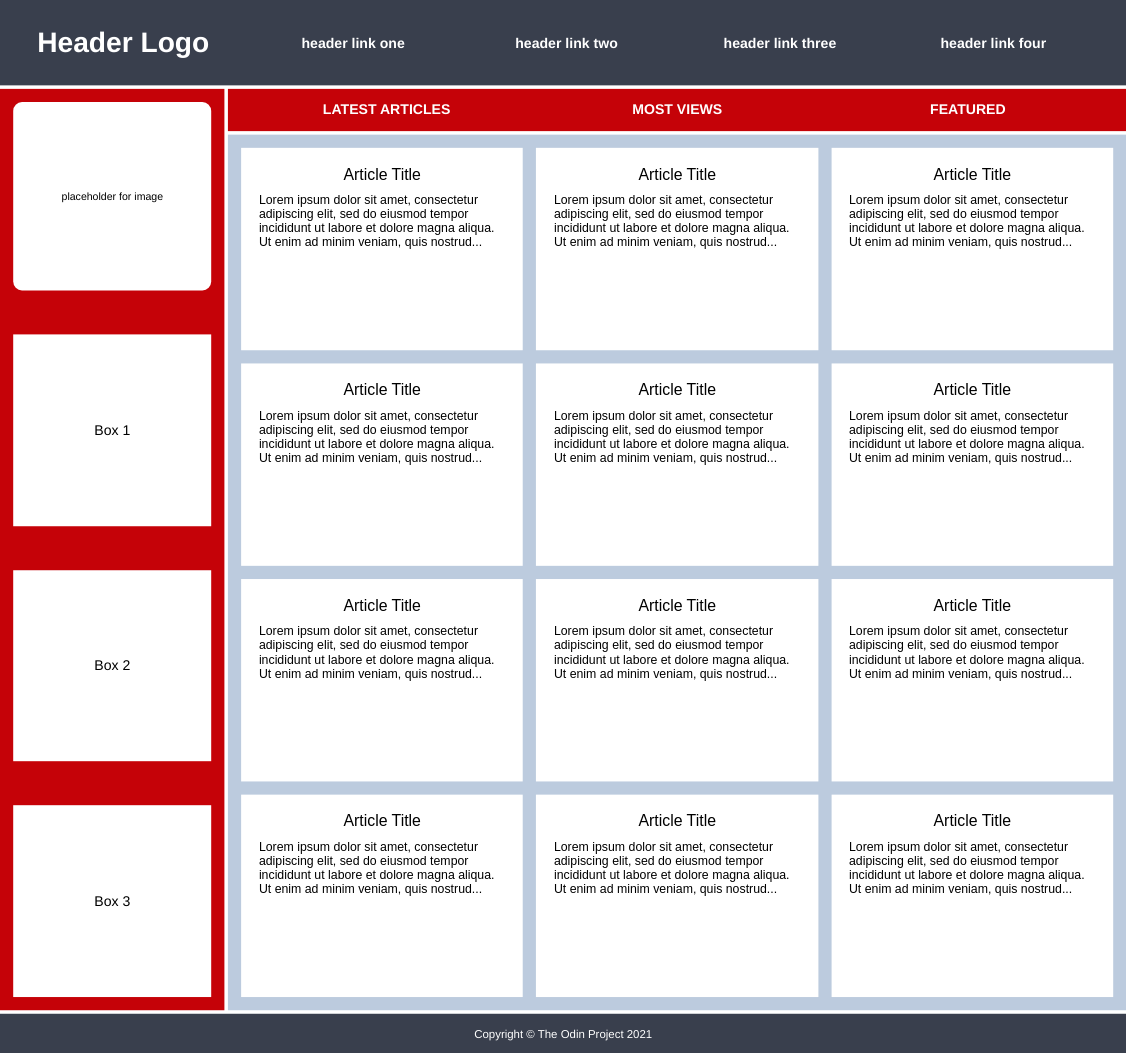
Repository: gkintu/css-exercises
Page: intermediate-html-css/advanced-grid/02-holy-grail-mockup/index.html
The author's editor kept a copy of each file at every save. The page is drawn from the files as they stood at one save, then again after the next save.
The browser window is 1280 px wide. The pictures show the whole page, at 88% of full size.

Above is the page before, as saved 2025-03-04 11:17:05.

After the next save:
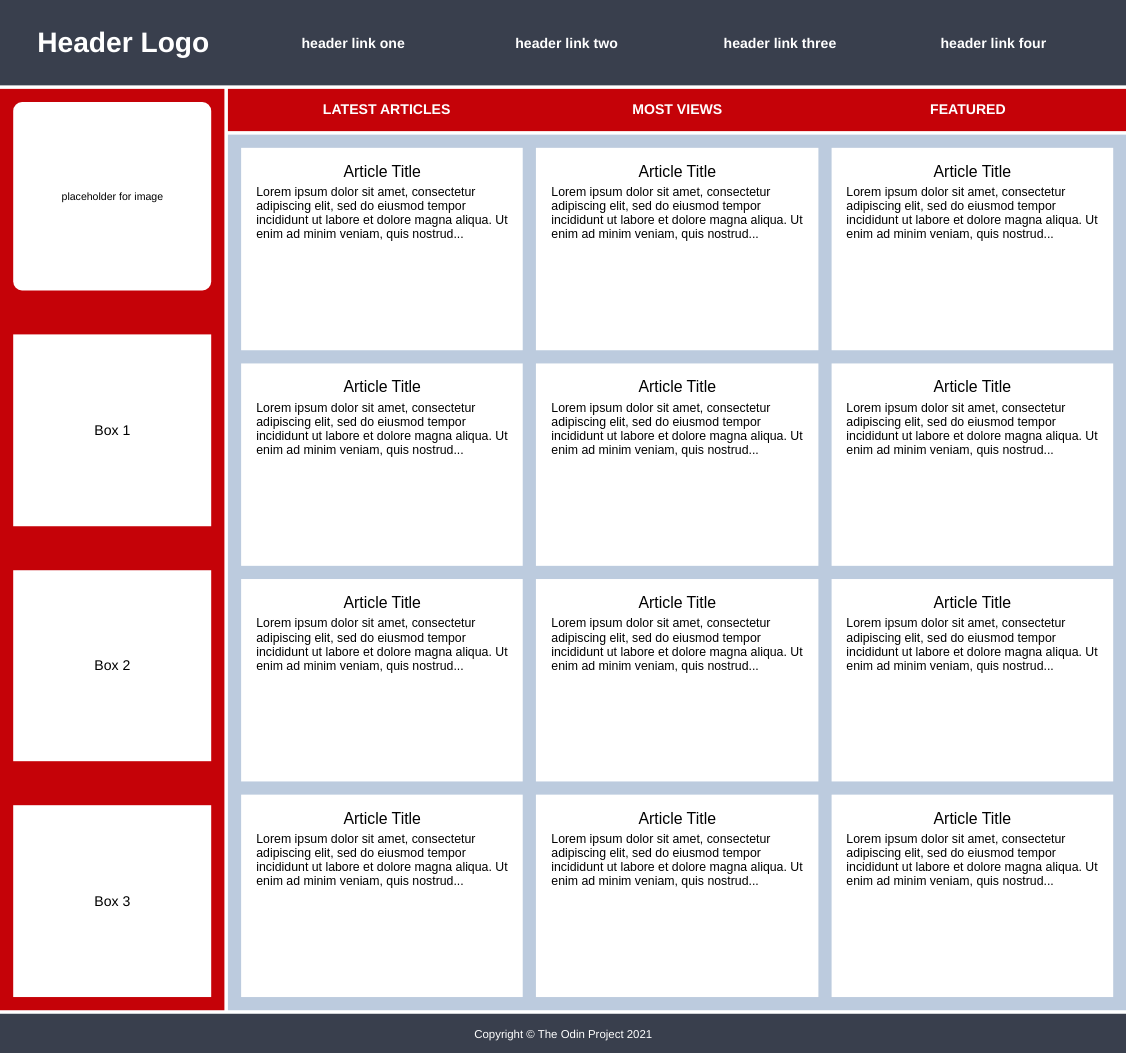
Saved 11 s later.
--- a/intermediate-html-css/advanced-grid/02-holy-grail-mockup/style.css
+++ b/intermediate-html-css/advanced-grid/02-holy-grail-mockup/style.css
@@ -118,7 +118,7 @@
   font-family: sans-serif;
   color: white;
   text-align: left;
-  padding:5px;
+  padding:2px;
 }
 
 .article .card {

After the 2 saves that followed:
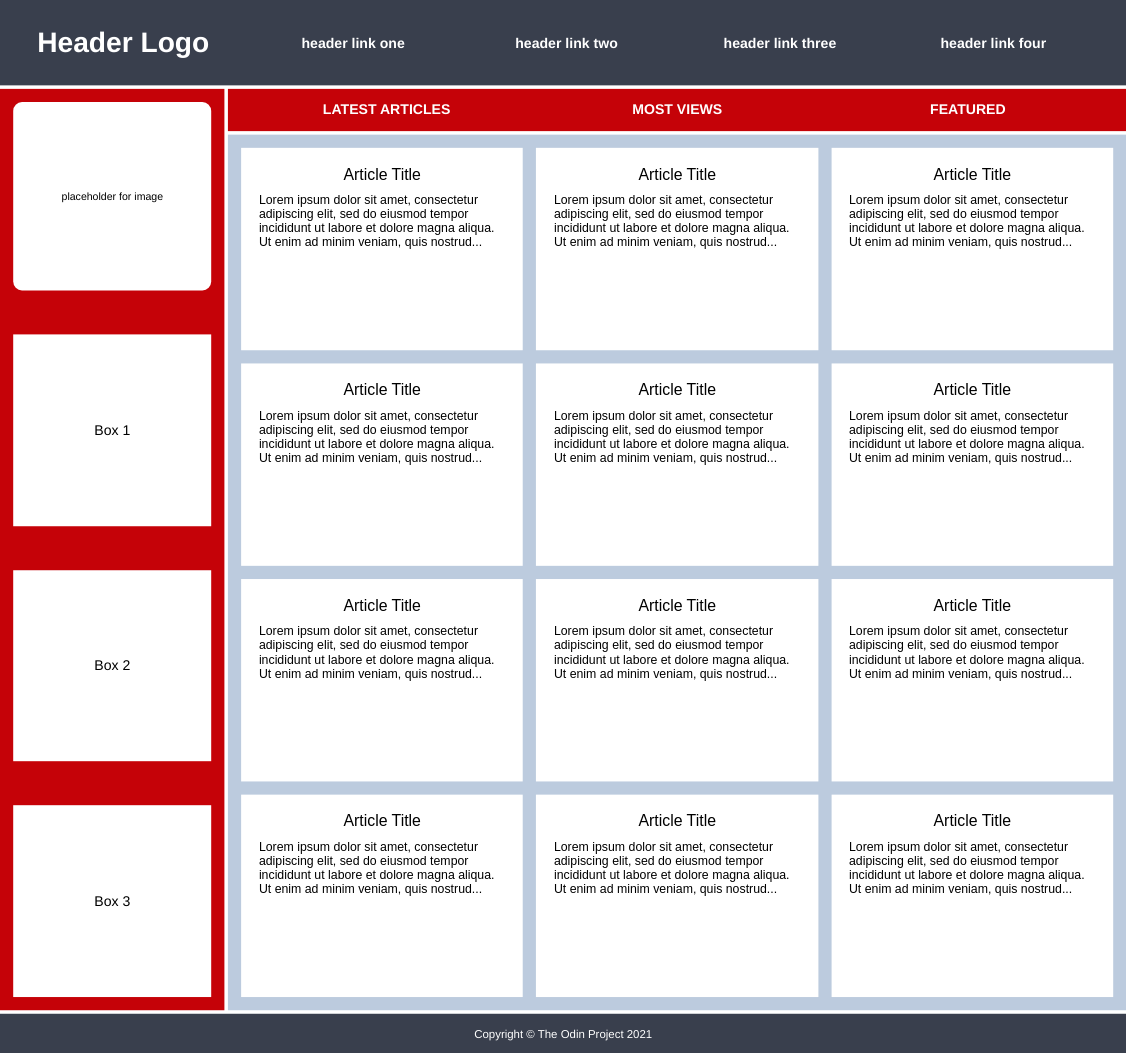
The 2 saves are shown as one change because 1 left the picture as it was.
The last was saved 59 s later.
--- a/intermediate-html-css/advanced-grid/02-holy-grail-mockup/style.css
+++ b/intermediate-html-css/advanced-grid/02-holy-grail-mockup/style.css
@@ -131,6 +131,7 @@
   color: black;
   font-weight: normal;
   font-size: 14px;
+  padding: 5px;
 }
 
 .card .title {
